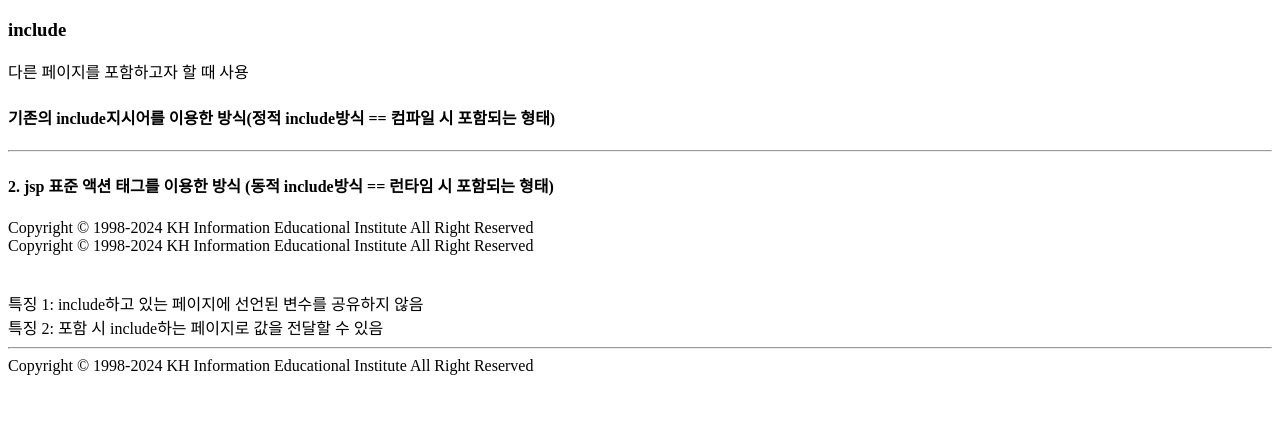
Repository: judeyong/myWebWorkSpace2
Page: http://localhost/Action_Project/views/StandardAction/01_include.jsp
These files come from the project's save history. The page is drawn as it stood at one moment and after a run of saves; the edit follows.
The browser window is 1280 px wide. The pictures show the whole page.
The page is served by Tomcat 9. Other server files are loaded and not shown.

Above is the page before, as saved 2024-04-03 03:34:03.

### Action_Project/WebContent/views/StandardAction/01_include.jsp
<%@ page language="java" contentType="text/html; charset=UTF-8"
    pageEncoding="UTF-8"%>
<!DOCTYPE html>
<html>
<head>
<meta charset="UTF-8">
<title>Insert title here</title>
</head>
<body>

	<h3>include</h3>

	<p>
		다른 페이지를 포함하고자 할 때 사용
	</p>

	<h4>기존의 include지시어를 이용한 방식(정적 include방식 == 컴파일 시 포함되는 형태)</h4>
	<%--
	<%@ include file="footer.jsp" %>
	<br><br>

	특징 : include하고 있는 페이지상에 선언되어있는 변수를 현재 페이지에서도 사용이 가능

	include한 페이지 year값 : <%= year %><br><br>

	단점이 될 수도 있음
	현재 이 페이지에서 동일한 이름의 변수를 선언할 수 없음 <br><br>
	<%
		String year = "222";
	%>
	--%>

	<hr>

	<h4>2. jsp 표준 액션 태그를 이용한 방식 (동적 include방식 == 런타임 시 포함되는 형태)</h4>

	<jsp:include page="footer.jsp"></jsp:include>

	<!-- 반드시 시작태그와 종료태그를 둘 다 작성해야함 XML 기술이기 때문에 -->

	<jsp:include page="footer.jsp" />

	<!-- 단, 시작태그와 종료태그 사이에 넣을 값이 없다면 <시작태그 />로 작성할 수 있음 만약 작성하지 않으면 500에러가 발생함 -->

	<br><br>

	특징 1: include하고 있는 페이지에 선언된 변수를 공유하지 않음 <br>
	<% //String year = "2025"; %>

	특징 2: 포함 시 include하는 페이지로 값을 전달할 수 있음 <br>

	<hr>

	<jsp:include page="footer.jsp" >
		<jsp:param value="hello...?" name="test" />
	</jsp:include>























</body>
</html>

### Action_Project/WebContent/views/StandardAction/footer.jsp
<%@ page language="java" contentType="text/html; charset=UTF-8"
    pageEncoding="UTF-8"%>
    <%@ page import="java.text.SimpleDateFormat, java.util.Date" %>
<!DOCTYPE html>
<html>
<head>
<meta charset="UTF-8">
<title>나는 푸터야</title>
</head>
<body>
	<%
		// Date date = new Date();
		// 오늘 날짜
		// 오늘 날짜 기준으로 년도만 뽑아서 채워넣어야함
		// => SimpleDateFormat
		String year = new SimpleDateFormat("yyyy").format(new Date());
	%>

	Copyright © 1998-<%= year %> KH Information Educational Institute All Right Reserved

	<br>

</body>
</html>

After the next 2 saves:
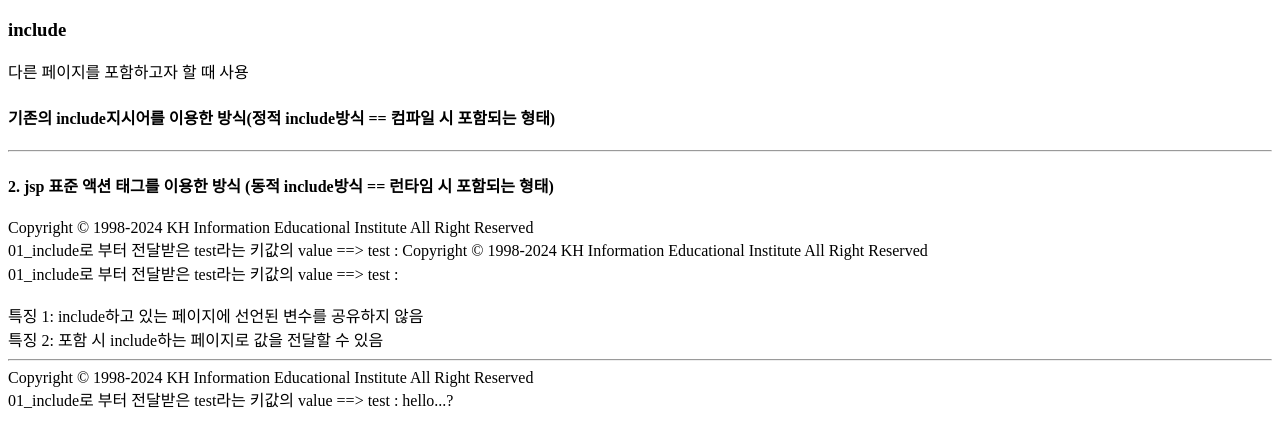
The 2 saves are shown as one change because they came seconds apart.
The last was saved 54 s later.
--- a/Action_Project/WebContent/views/StandardAction/footer.jsp
+++ b/Action_Project/WebContent/views/StandardAction/footer.jsp
@@ -20,5 +20,7 @@
 
 	<br>
 
+	01_include로 부터 전달받은 test라는 키값의 value ==> test : ${ param.test }
+
 </body>
 </html>
